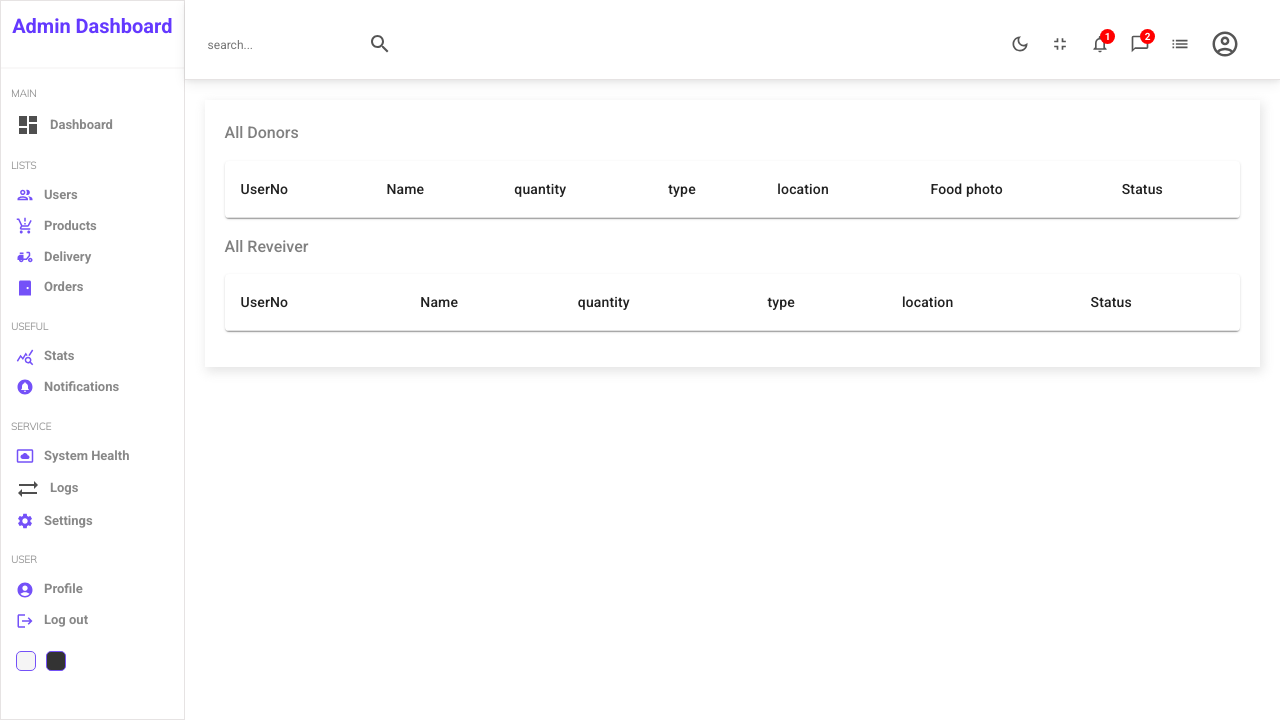
Repository: psbro/beta03_hackoverdose
Page: /dashboard/admin (app in frontend/annaseva/)
The author's editor kept a copy of each file at every save. The page is drawn from the files as they stood at one save, then again after the next save.
The browser window is 1280 px wide. The pictures show the whole page.
The page's requests for data from a server got no answer. The project was rebuilt for these pictures with package versions that can differ from the ones it lists, and the page was loaded fresh each time. No one was signed in, and anything a server would have sent is missing. Also part of the build but not shown: frontend/annaseva/src/Home/components/Nav.js, frontend/annaseva/src/Home/components/main_box/Main_box.jsx, frontend/annaseva/src/Home/components/main__components/Main__components.jsx, frontend/annaseva/src/Home/pages/Main.jsx, frontend/annaseva/src/Home/components/Aim/Aim__components.jsx, frontend/annaseva/src/Home/pages/Aim.jsx, frontend/annaseva/src/Home/components/gallery__components/Gallery__components.jsx, frontend/annaseva/src/Home/pages/Gallery.jsx and 36 more.

Above is the page before, as saved 2022-12-03 23:52:26.

After the next save:
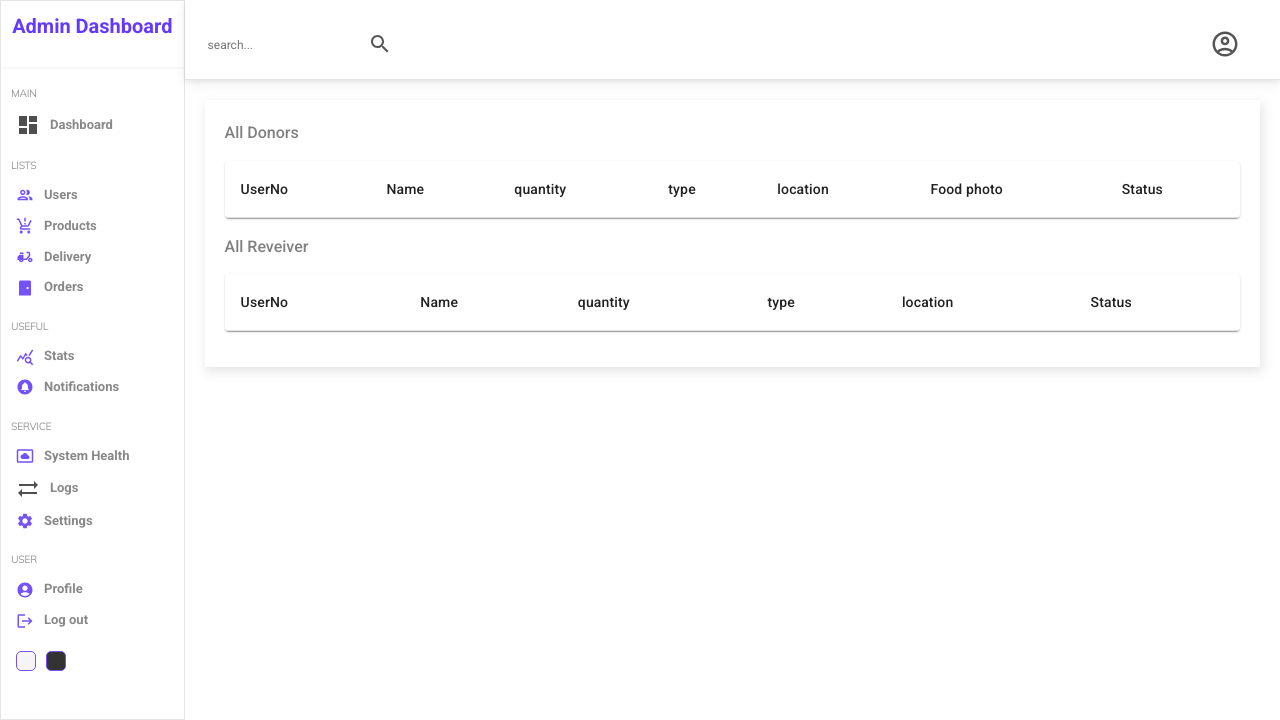
Saved 33 s later.
--- a/frontend/annaseva/src/dashboard__user/components/navbar/Nav.jsx
+++ b/frontend/annaseva/src/dashboard__user/components/navbar/Nav.jsx
@@ -24,7 +24,7 @@ const Nav = () => {
 
 
 
-          <div className="item">
+          {/* <div className="item">
             <DarkModeOutlinedIcon className="icon" />
           </div>
 
@@ -44,7 +44,7 @@ const Nav = () => {
 
           <div className="item">
             <ListOutlinedIcon className="icon" />
-          </div>
+          </div> */}
 
           <div className="item">
             <AccountCircleOutlinedIcon className="avatar" />
